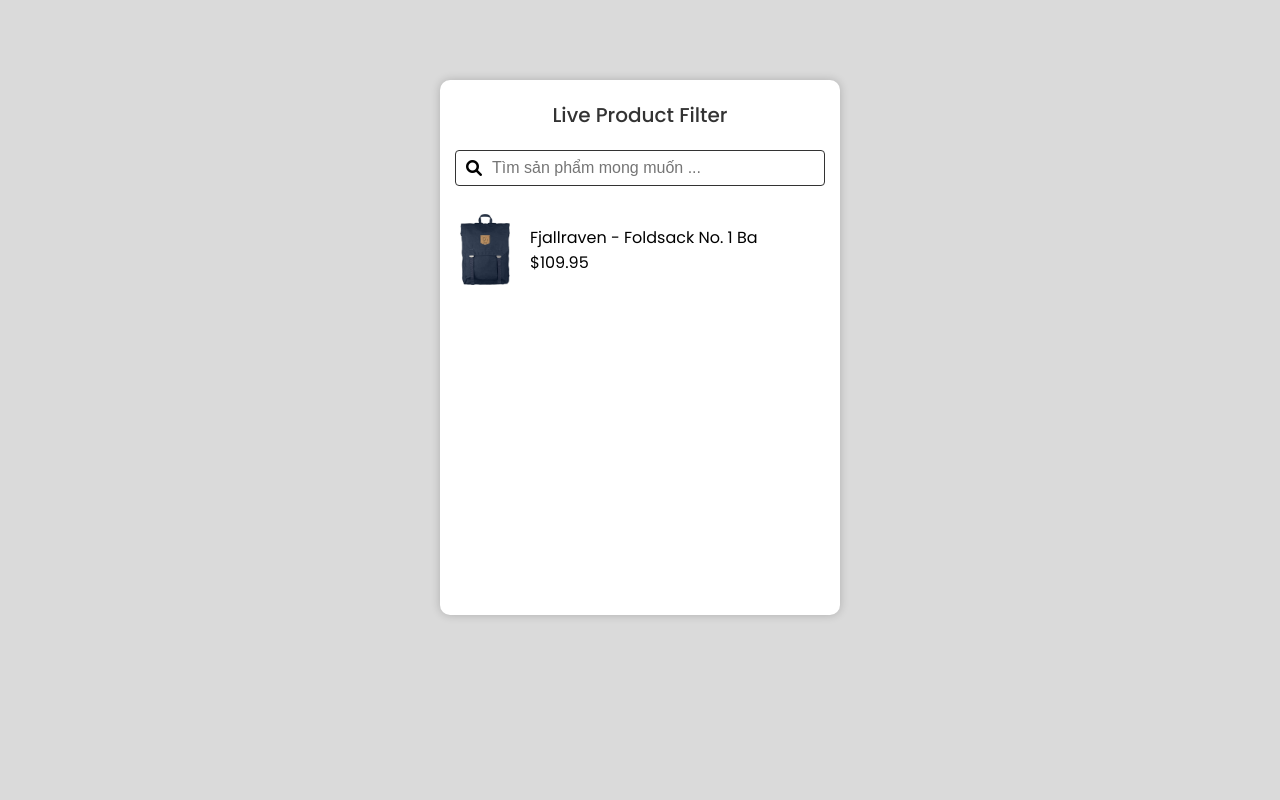
Repository: huannt2001/live-product-filter
Page: index.html
These files come from the project's save history. The page is drawn as it stood at one moment and after the next save; the edit follows.
The browser window is 1280 px wide. The pictures show the whole page.

Above is the page before, as saved 2022-01-08 09:15:32.

### index.html
<!DOCTYPE html>
<html lang="en">

<head>
    <meta charset="UTF-8">
    <meta http-equiv="X-UA-Compatible" content="IE=edge">
    <meta name="viewport" content="width=device-width, initial-scale=1.0">
    <title>Live Product Filter</title>
    <link rel="stylesheet" href="./style.css">
    <link rel="stylesheet" href="https://cdnjs.cloudflare.com/ajax/libs/font-awesome/6.0.0-beta3/css/all.min.css"
        integrity="sha512-Fo3rlrZj/k7ujTnHg4CGR2D7kSs0v4LLanw2qksYuRlEzO+tcaEPQogQ0KaoGN26/zrn20ImR1DfuLWnOo7aBA=="
        crossorigin="anonymous" referrerpolicy="no-referrer" />
    <link href="https://fonts.googleapis.com/css2?family=Poppins:wght@100;200;300;400;500;600;700;800;900&display=swap"
        rel="stylesheet">
</head>

<body>
    <div class="container">
        <div class="header">
            <h2 class="header__title">Live Product Filter</h2>
            <div class="header__input-wrap">
                <div class="header__search-icon">
                    <i class="fas fa-search"></i>
                </div>
                <input type="text" placeholder="Tìm sản phẩm mong muốn ..." class="header__input">
            </div>
        </div>

        <div class="product-list">
            <div class="product__item">
                <img src="./img/img1.jpg" alt="" class="product__item-image">
                <div class="product__item-desc">
                    <div class="product__item-name">Fjallraven - Foldsack No. 1 Ba</div>
                    <div class="product__item-price">$109.95</div>
                </div>
            </div>
        </div>
    </div>
</body>

</html>

### style.css
* {
    padding: 0;
    margin: 0;
    box-sizing: border-box;
}

body {
    font-family: "Poppins", sans-serif;
    background-color: #dadada;
    height: 100vh;
    width: 100%;
}

.container {
    width: 400px;
    height: 535px;
    margin: 80px auto;
    background-color: #fff;
    /* overflow-x: hidden; */
    border-radius: 10px;
    box-shadow: 0px 0px 10px rgba(0, 0, 0, 0.2);

}

.header {
    padding: 20px 15px;
}

.header__title {
    font-size: 20px;
    color: #333;
    font-weight: 500;
    text-align: center;
    margin-bottom: 20px;
}

.header__input-wrap {
    display: flex;
    align-items: center;
    border: 1px solid #333;
    border-radius: 4px;
}

.header__search-icon {
    font-size: 16px;
    padding: 4px 0 4px 10px;
    cursor: pointer;
}

input.header__input {
    border: none;
    outline: none;
    flex: 1;
    font-size: 16px;
    padding: 8px 10px;
    background-color: transparent;
}

.product__item {
    display: flex;
    align-items: center;
    padding: 8px 20px;
}

.product__item-image {
    width: 50px;
    margin-right: 20px;
    object-fit: cover;
}

After the next save:
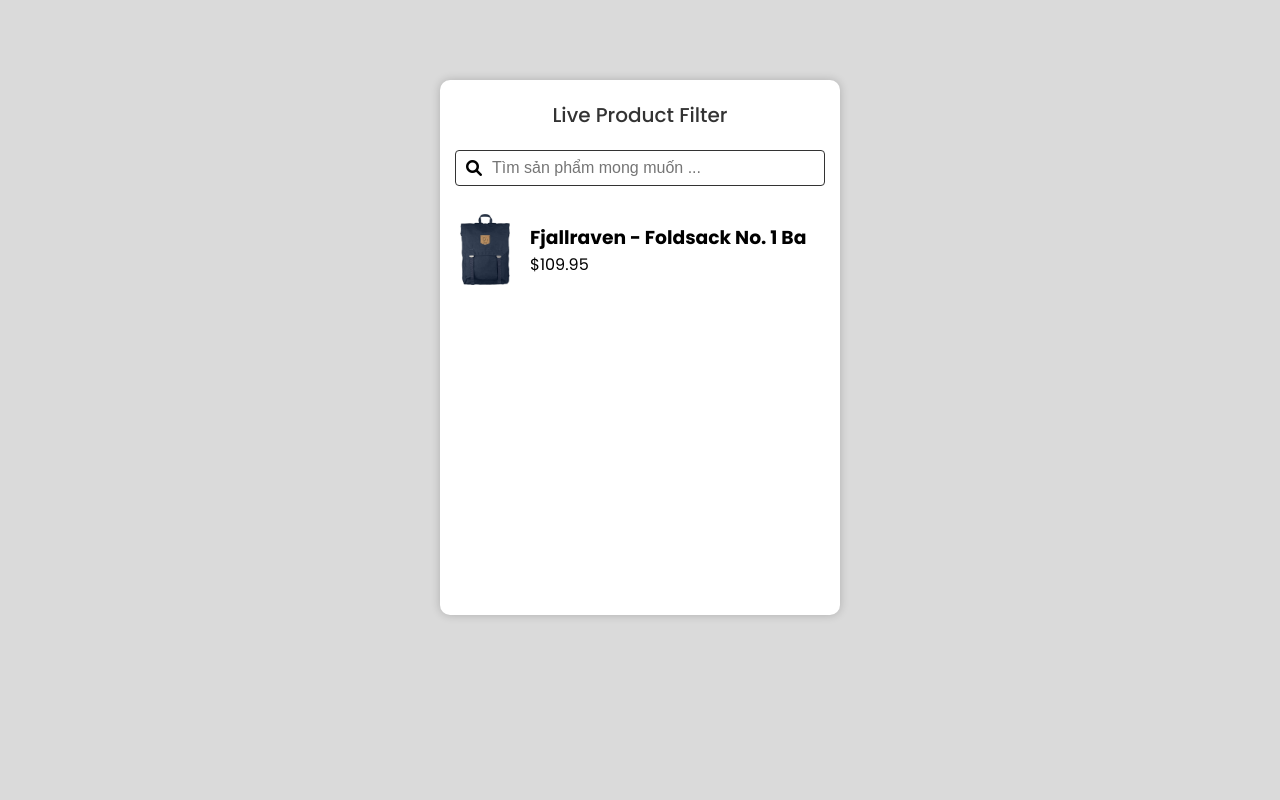
Saved 14 s later.
--- a/index.html
+++ b/index.html
@@ -30,7 +30,7 @@
             <div class="product__item">
                 <img src="./img/img1.jpg" alt="" class="product__item-image">
                 <div class="product__item-desc">
-                    <div class="product__item-name">Fjallraven - Foldsack No. 1 Ba</div>
+                    <h3 class="product__item-name">Fjallraven - Foldsack No. 1 Ba</h3>
                     <div class="product__item-price">$109.95</div>
                 </div>
             </div>
